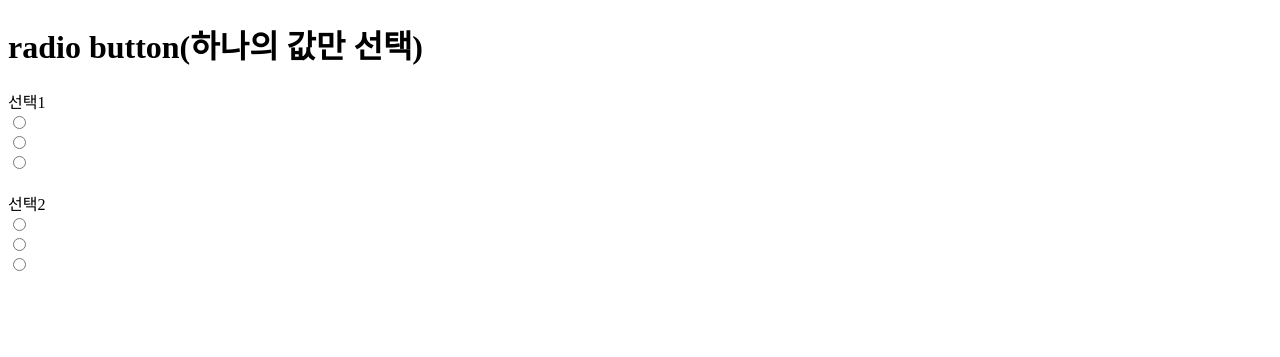
Repository: JJinBBangg/JSP
Page: http://localhost/jsp/ch03/lecture/06form/09radiobutton.jsp
The author's editor kept a copy of each file at every save. The page is drawn from the files as they stood at one save, then again after the next save.
The browser window is 1280 px wide. The pictures show the whole page.
The page is served by Tomcat 9. Other server files are loaded and not shown.

Above is the page before, as saved 2023-03-28 07:22:59.

### jsp/src/main/webapp/ch03/lecture/06form/09radiobutton.jsp
<%@ page language="java" contentType="text/html; charset=UTF-8"
    pageEncoding="UTF-8"%>
<!DOCTYPE html>
<html>
<head>
<meta charset="UTF-8">
<title>Insert title here</title>
</head>
<body>
	<h1>radio button(하나의 값만 선택)</h1>
	<form action="">
		선택1<br />
		<input type="radio" name="param1" value="val1" /><br />
		<input type="radio" name="param1" value="val2" /><br />
		<input type="radio" name="param1" value="val3" /><br />
		<br />
		선택2<br />
		<input type="radio" name="param2" value="val4" /><br />
		<input type="radio" name="param2" value="val5" /><br />
		<input type="radio" name="param2" value="val6" /><br />
		<br />
	</form>
</body>
</html>

After the next save:
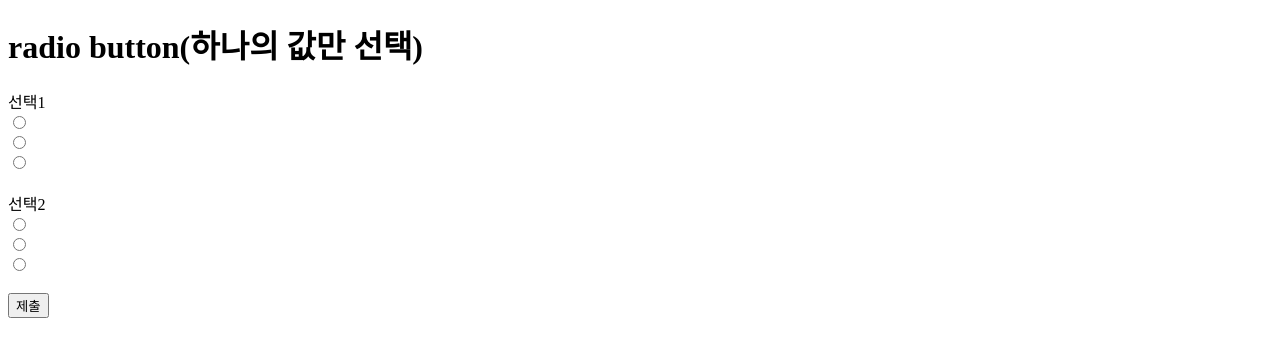
Saved 36 s later.
--- a/jsp/src/main/webapp/ch03/lecture/06form/09radiobutton.jsp
+++ b/jsp/src/main/webapp/ch03/lecture/06form/09radiobutton.jsp
@@ -19,6 +19,7 @@
 		<input type="radio" name="param2" value="val5" /><br />
 		<input type="radio" name="param2" value="val6" /><br />
 		<br />
+		<input type="submit" value="제출" /><br />
 	</form>
 </body>
 </html>
